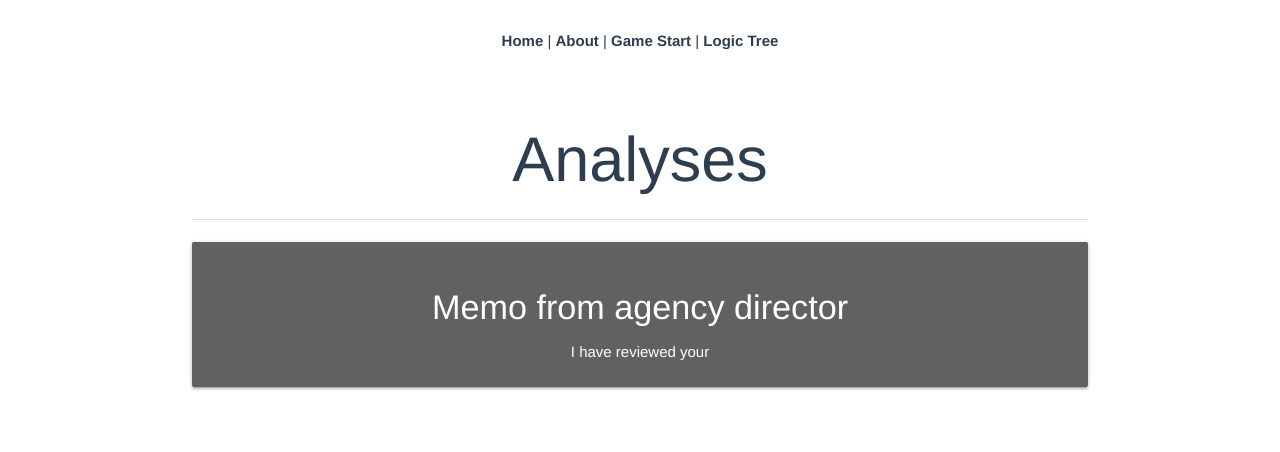
Repository: gallard28/posc4210app
Page: /#/analyses
An editor plug-in stored every save of this project. The page is shown before and after the next save, followed by the edit.
The browser window is 1280 px wide. The pictures show the whole page.
The project was rebuilt for these pictures with package versions that can differ from the ones it lists, and the page was loaded fresh each time. Also part of the build but not shown: src/views/Home.vue, src/views/Start.vue, src/views/Scenario.vue, src/views/Prioritize.vue, src/views/Choose_tools.vue.

Above is the page before, as saved 2020-09-20 22:47:55.

### public/index.html
<!DOCTYPE html>
<html lang="en">
  <head>
    <meta charset="utf-8">
    <meta http-equiv="X-UA-Compatible" content="IE=edge">
    <meta name="viewport" content="width=device-width,initial-scale=1.0">
    <link rel="icon" href="<%= BASE_URL %>favicon.ico">
    <title><%= htmlWebpackPlugin.options.title %></title>

    <!-- Materialize CSS -->
    <!-- Compiled and minified CSS -->
    <link rel="stylesheet" href="https://cdnjs.cloudflare.com/ajax/libs/materialize/1.0.0/css/materialize.min.css">

    <!-- Compiled and minified JavaScript -->
    <script src="https://cdnjs.cloudflare.com/ajax/libs/materialize/1.0.0/js/materialize.min.js"></script>

    <!-- Google Fonts -->
    <link href="https://fonts.googleapis.com/icon?family=Material+Icons" rel="stylesheet">

  </head>
  <body>
    <noscript>
      <strong>We're sorry but <%= htmlWebpackPlugin.options.title %> doesn't work properly without JavaScript enabled. Please enable it to continue.</strong>
    </noscript>
    <div id="app"></div>
    <!-- built files will be auto injected -->
  </body>
</html>

### src/App.vue
<template>
  <div id="app">
    <div id="nav">
      <router-link to="/">Home</router-link> |
      <router-link to="/about">About</router-link> |
      <router-link to="/start">Game Start</router-link> |
      <router-link to="/scenario">Logic Tree</router-link>
    </div>
    <router-view/>
  </div>
</template>

<style>
#app {
  font-family: Avenir, Helvetica, Arial, sans-serif;
  -webkit-font-smoothing: antialiased;
  -moz-osx-font-smoothing: grayscale;
  text-align: center;
  color: #2c3e50;
}

#nav {
  padding: 30px;
}

#nav a {
  font-weight: bold;
  color: #2c3e50;
}

#nav a.router-link-exact-active {
  color: #42b983;
}
</style>

### src/router/index.js
import Vue from 'vue'
import VueRouter from 'vue-router'
import Home from '../views/Home.vue'
import Start from '../views/Start.vue'
import Scenario from '../views/Scenario.vue'
import Prioritize from '../views/Prioritize.vue'
import Choose_tools from '../views/Choose_tools.vue'
import Analyses from '../views/Analyses.vue'

Vue.use(VueRouter)

const routes = [
  {
    path: '/',
    name: 'Home',
    component: Home
  },
  {
    path: '/start',
    name: 'Start',
    component: Start
  },
  {
    path: '/scenario',
    name: 'Scenario',
    component: Scenario
  },
  {
    path: '/prioritize',
    name: 'Prioritize',
    component: Prioritize
  },
  {
    path: '/choose_tools',
    name: 'Choose_tools',
    component: Choose_tools
  },
  {
    path: '/analyses',
    name: 'Analyses',
    component: Analyses
  },
  {
    path: '/about',
    name: 'About',
    // route level code-splitting
    // this generates a separate chunk (about.[hash].js) for this route
    // which is lazy-loaded when the route is visited.
    component: () => import(/* webpackChunkName: "about" */ '../views/About.vue')
  }
]

const router = new VueRouter({
  routes
})

export default router

### src/views/Analyses.vue
<template>
  <div class="analyses container">
    <h1>Analyses</h1>
    <div class="divider"></div>
    <div class="section">
      <div class="card grey darken-2">
        <div class="card-content">
          <h4 class="white-text">Memo from agency director</h4>
          <p class="white-text">
            I have reviewed your
          </p>
        </div>
      </div>
    </div>
  </div>
</template>

<script>
export default {
  name: "Analyses"
}
</script>

<style>

</style>

Loaded but not shown: src/main.js (common file)

After the next save:
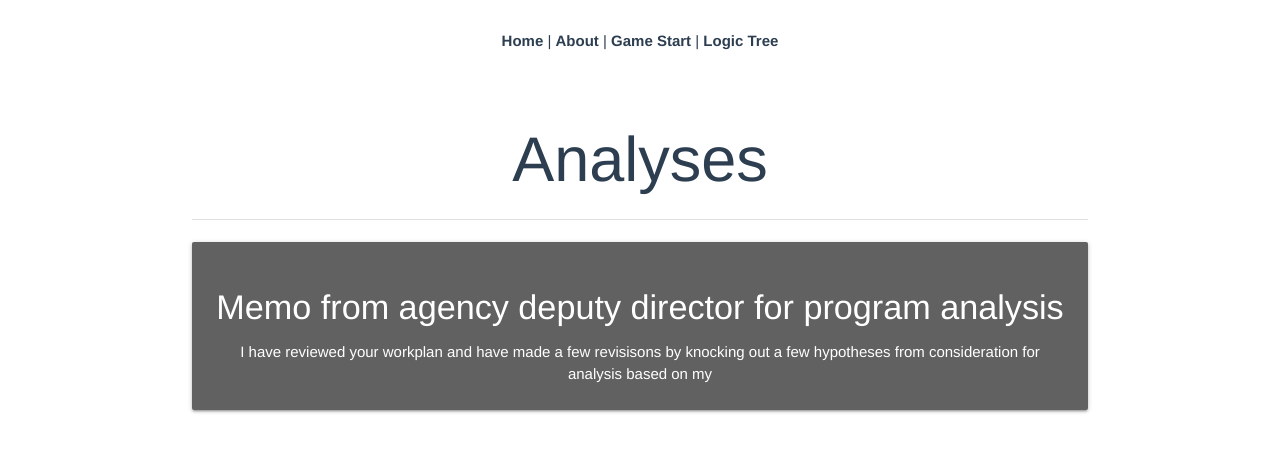
Saved 15 min 51 s later.
--- a/src/views/Analyses.vue
+++ b/src/views/Analyses.vue
@@ -5,9 +5,9 @@
     <div class="section">
       <div class="card grey darken-2">
         <div class="card-content">
-          <h4 class="white-text">Memo from agency director</h4>
+          <h4 class="white-text">Memo from agency deputy director for program analysis</h4>
           <p class="white-text">
-            I have reviewed your
+            I have reviewed your workplan and have made a few revisisons by knocking out a few hypotheses from consideration for analysis based on my
           </p>
         </div>
       </div>
